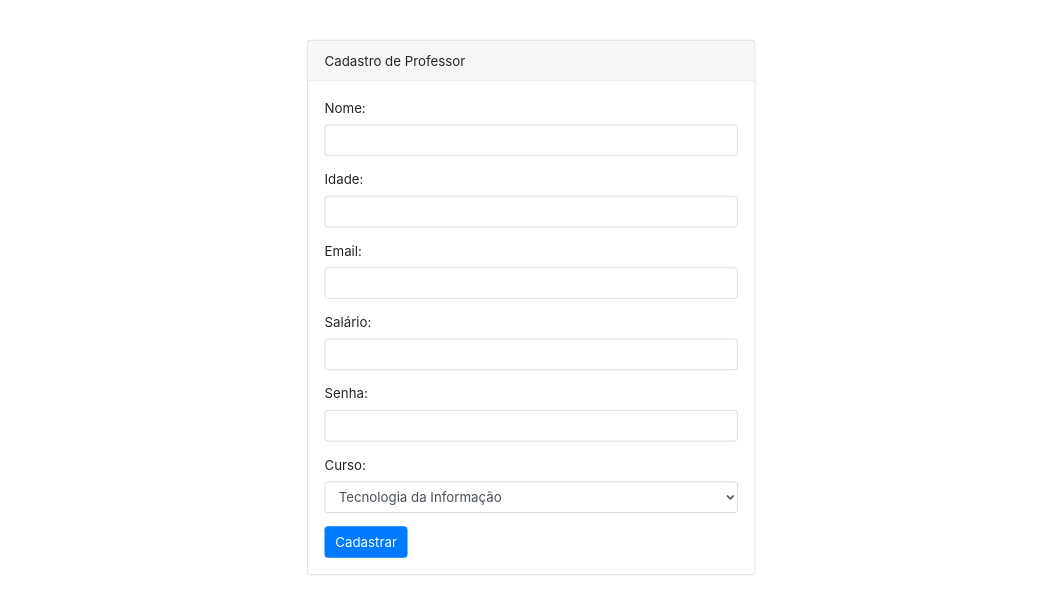
Repository: IrisRPerrorni/APIFullstackGerenciamentoEscolar
Page: Front/cadastro_professor.html
The author's editor kept a copy of each file at every save. The page is drawn from the files as they stood at one save, then again after a run of saves.
The browser window is 1280 px wide. The pictures show the whole page, at 83% of full size.
Some web libraries are served in a nearby version.

Above is the page before, as saved 2023-09-22 15:17:46.

After the next 2 saves:
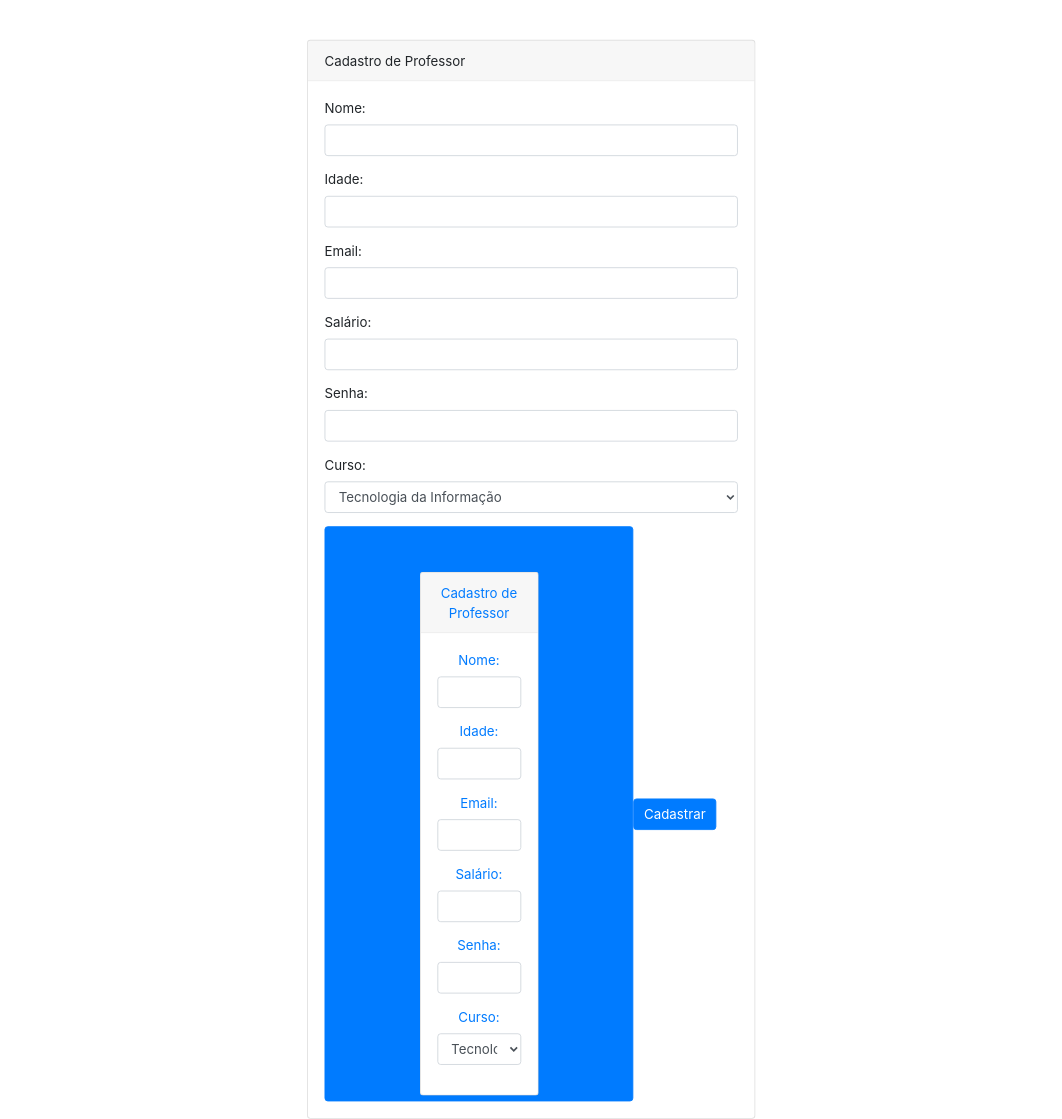
The 2 saves are shown as one change because they came seconds apart.
The last was saved 8 s later.
--- a/Front/cadastro_professor.html
+++ b/Front/cadastro_professor.html
@@ -43,7 +43,67 @@
                                 <option value="2">Medicina</option>
                             </select>
                         </div>
-                        <button type="submit" class="btn btn-primary"><a href="index.html"></a>Cadastrar</button>
+                        <button type="submit" class="btn btn-primary"><a href="index.html"><!DOCTYPE html>
+                            <html lang="en">
+                            <head>
+                                <meta charset="UTF-8">
+                                <meta name="viewport" content="width=device-width, initial-scale=1.0">
+                                <title>Cadastro de Professor</title>
+                                <!-- Inclua os links para Bootstrap CSS e jQuery -->
+                                <link href="https://maxcdn.bootstrapcdn.com/bootstrap/4.5.2/css/bootstrap.min.css" rel="stylesheet">
+                            </head>
+                            <body>
+
+                            <div class="container mt-5">
+                                <div class="row justify-content-center">
+                                    <div class="col-md-6">
+                                        <div class="card">
+                                            <div class="card-header">Cadastro de Professor</div>
+                                            <div class="card-body">
+                                                <form id="cadastroProfessorForm">
+                                                    <div class="form-group">
+                                                        <label for="nome">Nome:</label>
+                                                        <input type="text" class="form-control" id="nome" name="nome">
+                                                    </div>
+                                                    <div class="form-group">
+                                                        <label for="idade">Idade:</label>
+                                                        <input type="text" class="form-control" id="idade" name="idade">
+                                                    </div>
+                                                    <div class="form-group">
+                                                        <label for="email">Email:</label>
+                                                        <input type="email" class="form-control" id="email" name="email">
+                                                    </div>
+                                                    <div class="form-group">
+                                                        <label for="salario">Salário:</label>
+                                                        <input type="text" class="form-control" id="salario" name="salario">
+                                                    </div>
+                                                    <div class="form-group">
+                                                        <label for="senha">Senha:</label>
+                                                        <input type="password" class="form-control" id="senha" name="senha">
+                                                    </div>
+                                                    <div class="form-group">
+                                                        <label for="curso">Curso:</label>
+                                                        <select class="form-control" id="curso" name="curso">
+                                                            <option value="Tecnologia da Informação">Tecnologia da Informação</option>
+                                                            <option value="Medicina">Medicina</option>
+                                                        </select>
+                                                    </div>
+                                                    <button type="submit" class="btn btn-primary">Cadastrar</button>
+                                                </form>
+                                            </div>
+                                        </div>
+                                    </div>
+                                </div>
+                            </div>
+
+                            <!-- Inclua os scripts do Bootstrap e jQuery -->
+                            <script src="https://code.jquery.com/jquery-3.5.1.slim.min.js"></script>
+                            <script src="https://cdn.jsdelivr.net/npm/@popperjs/core@2.5.3/dist/umd/popper.min.js"></script>
+                            <script src="https://maxcdn.bootstrapcdn.com/bootstrap/4.5.2/js/bootstrap.min.js"></script>
+
+                            <!-- Você pode adicionar a lógica de envio do formulário aqui, se necessário -->
+                            </body>
+                            </html></a></button>
                     </form>
                 </div>
             </div>

After the 3 saves that followed:
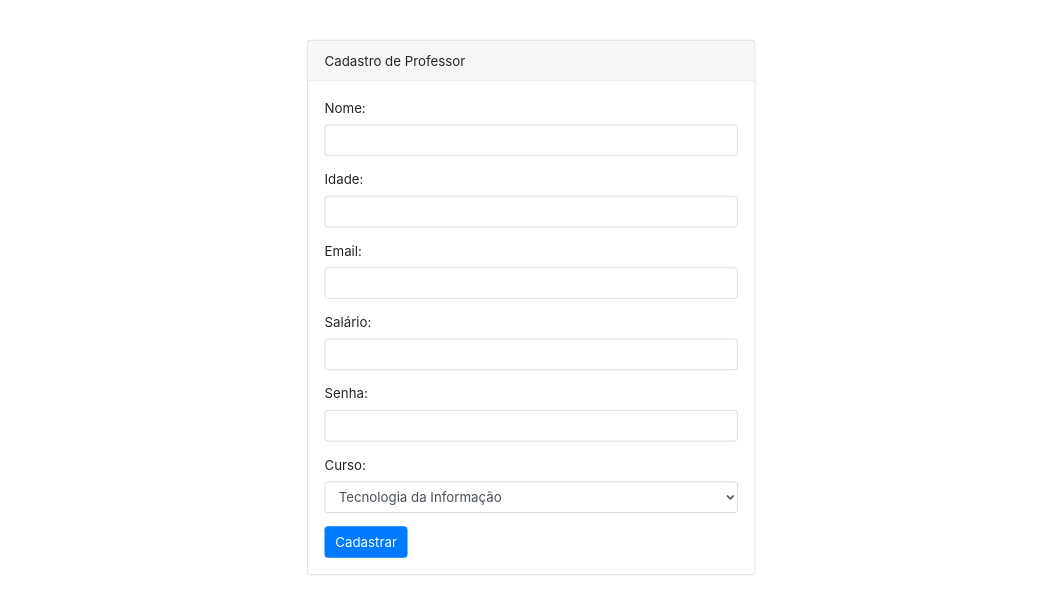
The 3 saves are shown as one change because they came seconds apart.
The last was saved 26 s later.
--- a/Front/cadastro_professor.html
+++ b/Front/cadastro_professor.html
@@ -43,67 +43,7 @@
                                 <option value="2">Medicina</option>
                             </select>
                         </div>
-                        <button type="submit" class="btn btn-primary"><a href="index.html"><!DOCTYPE html>
-                            <html lang="en">
-                            <head>
-                                <meta charset="UTF-8">
-                                <meta name="viewport" content="width=device-width, initial-scale=1.0">
-                                <title>Cadastro de Professor</title>
-                                <!-- Inclua os links para Bootstrap CSS e jQuery -->
-                                <link href="https://maxcdn.bootstrapcdn.com/bootstrap/4.5.2/css/bootstrap.min.css" rel="stylesheet">
-                            </head>
-                            <body>
-
-                            <div class="container mt-5">
-                                <div class="row justify-content-center">
-                                    <div class="col-md-6">
-                                        <div class="card">
-                                            <div class="card-header">Cadastro de Professor</div>
-                                            <div class="card-body">
-                                                <form id="cadastroProfessorForm">
-                                                    <div class="form-group">
-                                                        <label for="nome">Nome:</label>
-                                                        <input type="text" class="form-control" id="nome" name="nome">
-                                                    </div>
-                                                    <div class="form-group">
-                                                        <label for="idade">Idade:</label>
-                                                        <input type="text" class="form-control" id="idade" name="idade">
-                                                    </div>
-                                                    <div class="form-group">
-                                                        <label for="email">Email:</label>
-                                                        <input type="email" class="form-control" id="email" name="email">
-                                                    </div>
-                                                    <div class="form-group">
-                                                        <label for="salario">Salário:</label>
-                                                        <input type="text" class="form-control" id="salario" name="salario">
-                                                    </div>
-                                                    <div class="form-group">
-                                                        <label for="senha">Senha:</label>
-                                                        <input type="password" class="form-control" id="senha" name="senha">
-                                                    </div>
-                                                    <div class="form-group">
-                                                        <label for="curso">Curso:</label>
-                                                        <select class="form-control" id="curso" name="curso">
-                                                            <option value="Tecnologia da Informação">Tecnologia da Informação</option>
-                                                            <option value="Medicina">Medicina</option>
-                                                        </select>
-                                                    </div>
-                                                    <button type="submit" class="btn btn-primary">Cadastrar</button>
-                                                </form>
-                                            </div>
-                                        </div>
-                                    </div>
-                                </div>
-                            </div>
-
-                            <!-- Inclua os scripts do Bootstrap e jQuery -->
-                            <script src="https://code.jquery.com/jquery-3.5.1.slim.min.js"></script>
-                            <script src="https://cdn.jsdelivr.net/npm/@popperjs/core@2.5.3/dist/umd/popper.min.js"></script>
-                            <script src="https://maxcdn.bootstrapcdn.com/bootstrap/4.5.2/js/bootstrap.min.js"></script>
-
-                            <!-- Você pode adicionar a lógica de envio do formulário aqui, se necessário -->
-                            </body>
-                            </html></a></button>
+                        <button type="submit" class="btn btn-primary"><a href="index.html"></a>Cadastrar</button>
                     </form>
                 </div>
             </div>
